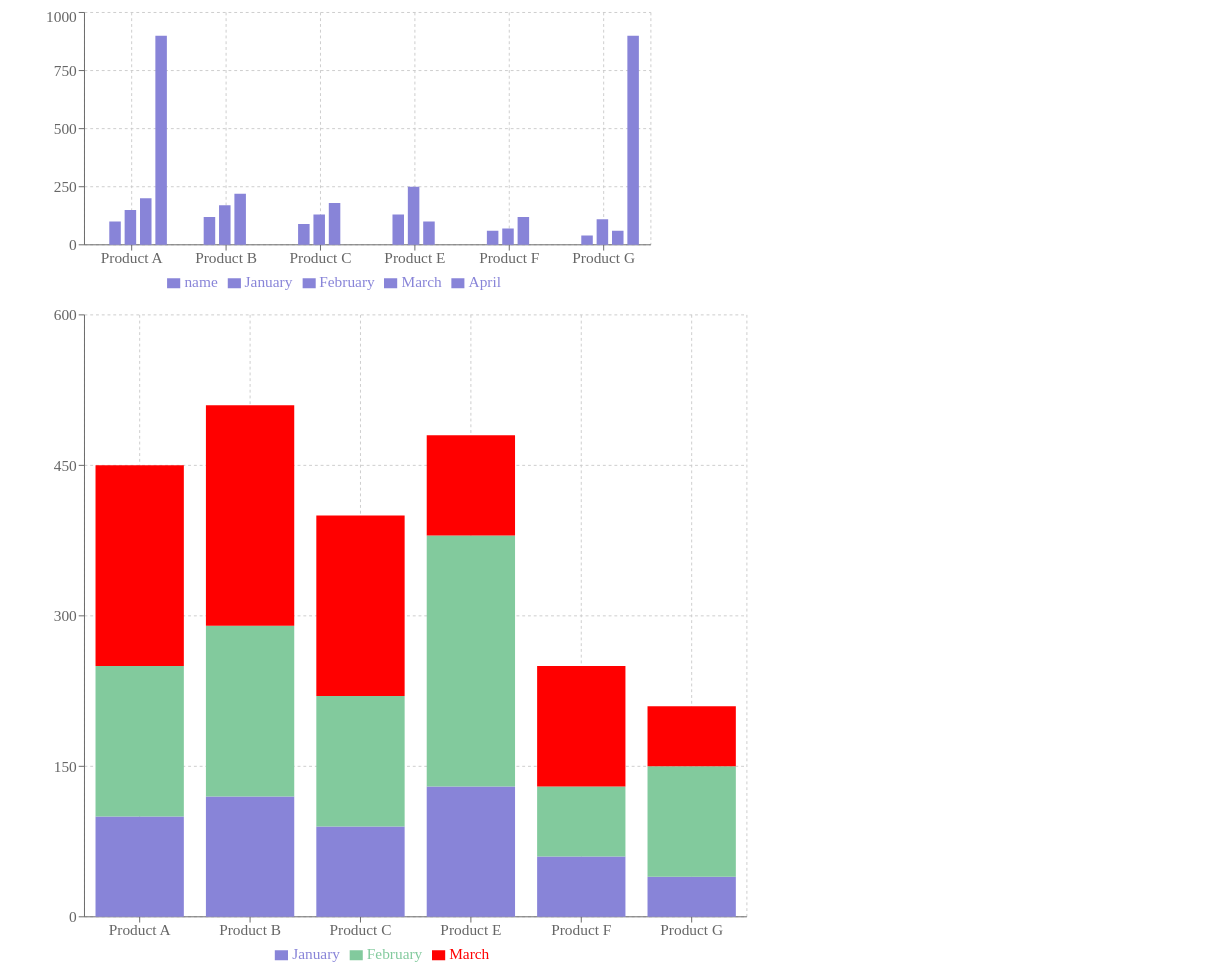
Repository: sagarjain738/test
Page: /
An editor plug-in stored every save of this project. The page is shown before and after the next save, followed by the edit.
The browser window is 1280 px wide. The pictures show the whole page, at 96% of full size.
The project was rebuilt for these pictures with package versions that can differ from the ones it lists, and the page was loaded fresh each time. Also part of the build but not shown: vite.config.js, src/App.css, src/components/PieChart.jsx, src/components/Table.jsx, src/index.css.

Above is the page before, as saved 2024-01-20 23:21:21.

After the next save:
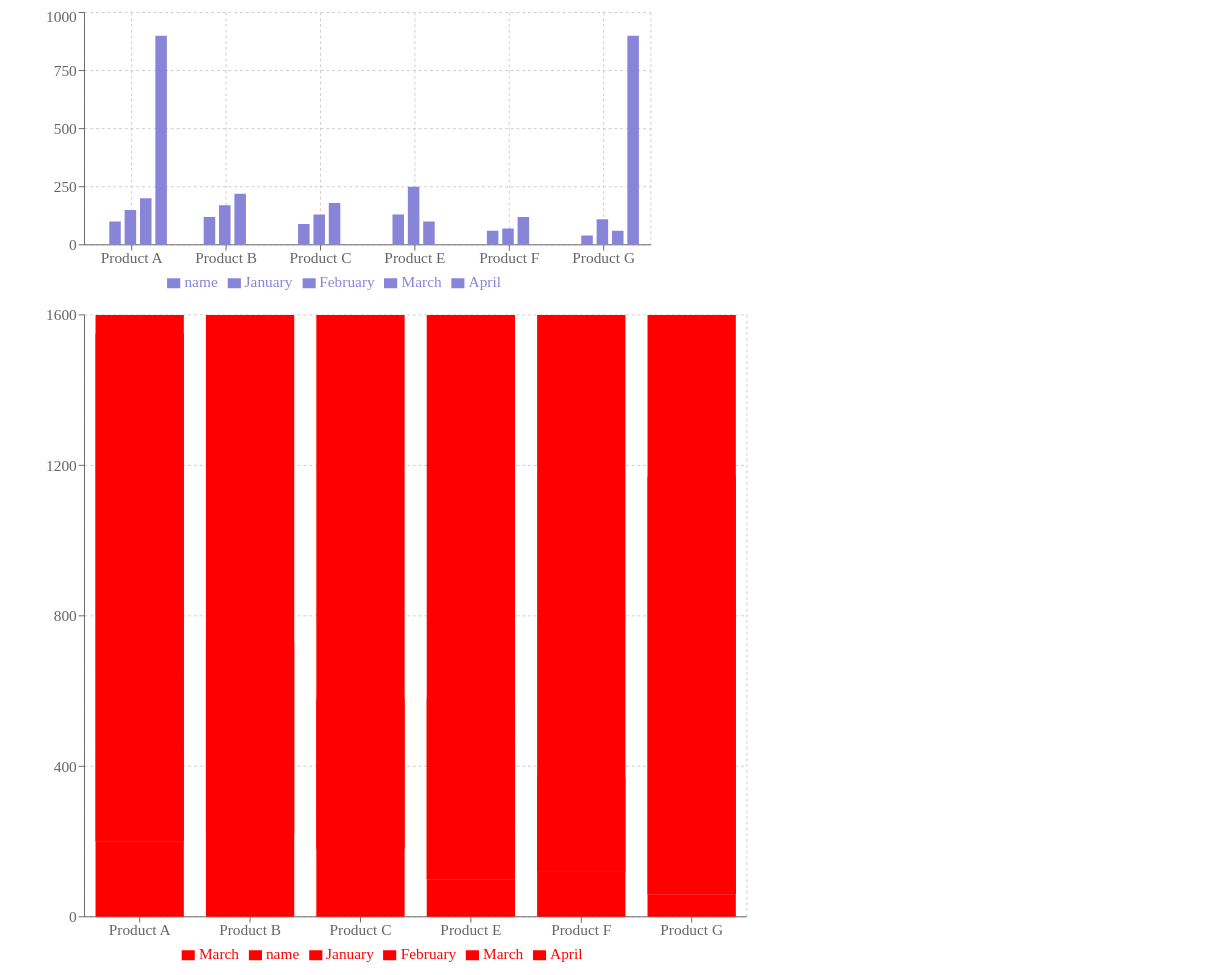
Saved 51 s later.
--- a/src/components/SecondData.jsx
+++ b/src/components/SecondData.jsx
@@ -10,7 +10,7 @@ import {
   ResponsiveContainer,
 } from "recharts";
 
-const SecondChart = ({ records }) => {
+const SecondChart = ({ records, monthNames }) => {
   return (
     <BarChart
       width={800}
@@ -28,9 +28,10 @@ const SecondChart = ({ records }) => {
       <YAxis />
       <Tooltip />
       <Legend />
-      <Bar dataKey="January" stackId="a" fill="#8884d8" />
-      <Bar dataKey="February" stackId="a" fill="#82ca9d" />
       <Bar dataKey="March" stackId="a" fill="red" />
+      {monthNames.map((month) => (
+        <Bar key={month} dataKey={month} stackId="a" fill="red" />
+      ))}
     </BarChart>
   );
 };
